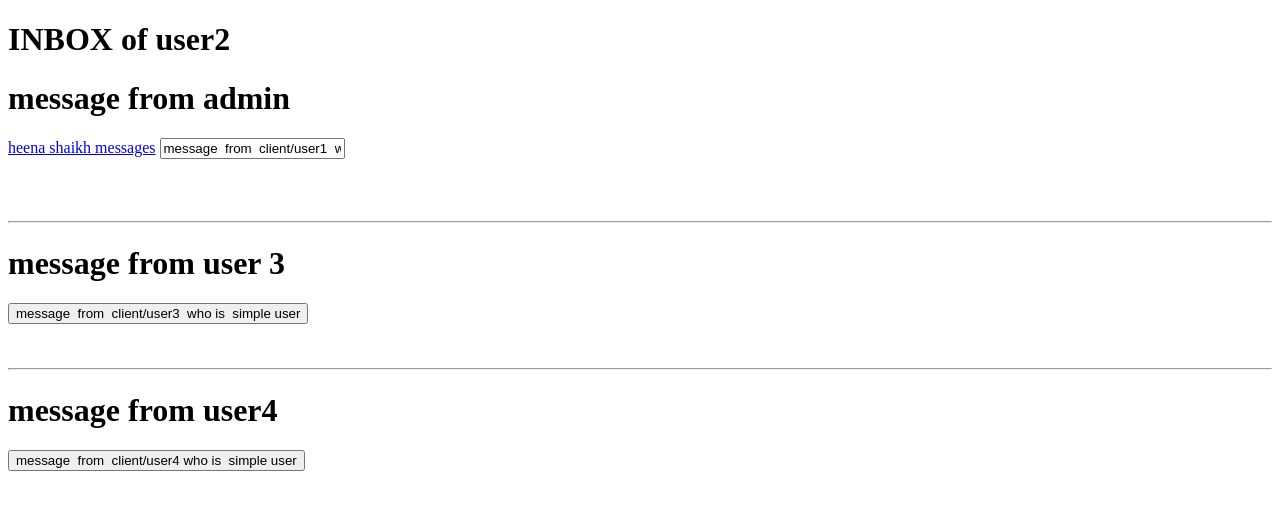
Repository: heenasalim/Java_Script
Page: Simplehtmldemo/WebContent/FBUSER2.html
These files come from the project's save history. The page is drawn as it stood at one moment and after the next save; the edit follows.
The browser window is 1280 px wide. The pictures show the whole page.

Above is the page before, as saved 2015-10-12 11:49:38.

After the next save:
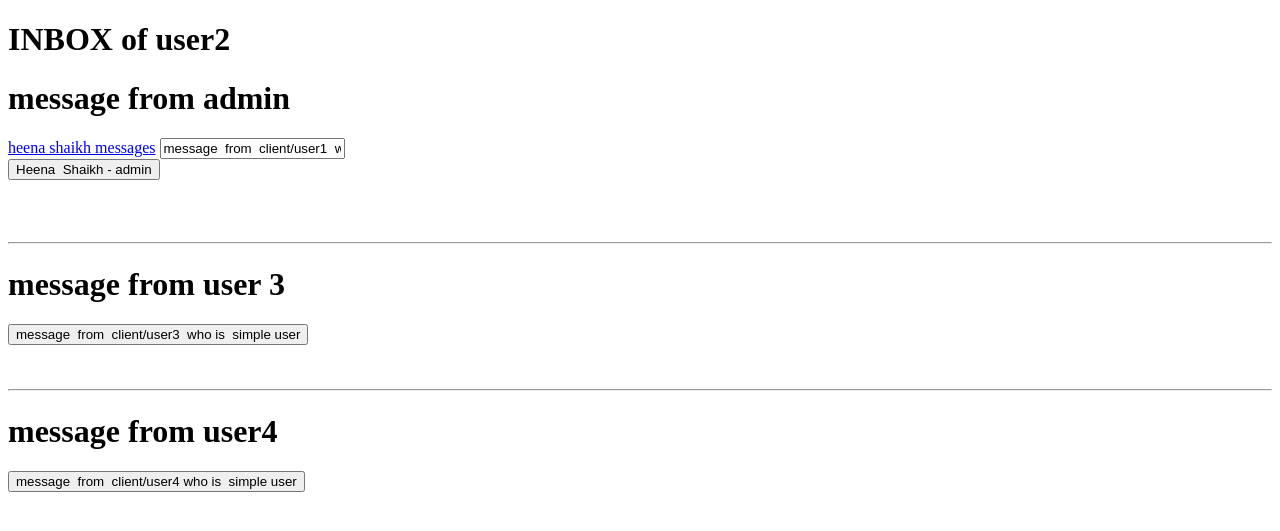
Saved 4 s later.
--- a/Simplehtmldemo/WebContent/FBUSER2.html
+++ b/Simplehtmldemo/WebContent/FBUSER2.html
@@ -9,7 +9,7 @@
 <h1>message  from  admin</h1>
 <a href="heena  shaikh">heena  shaikh  messages</a>
 <input type="text"   name="mesg" value="message  from  client/user1  who is  admin  user">
-<form  action="Message2Servlet"
+<form  action="Message2Servlet">
 <input type="submit"    id="heena"  name="heena" value="Heena  Shaikh - admin" />
 </form>
 <br/>
